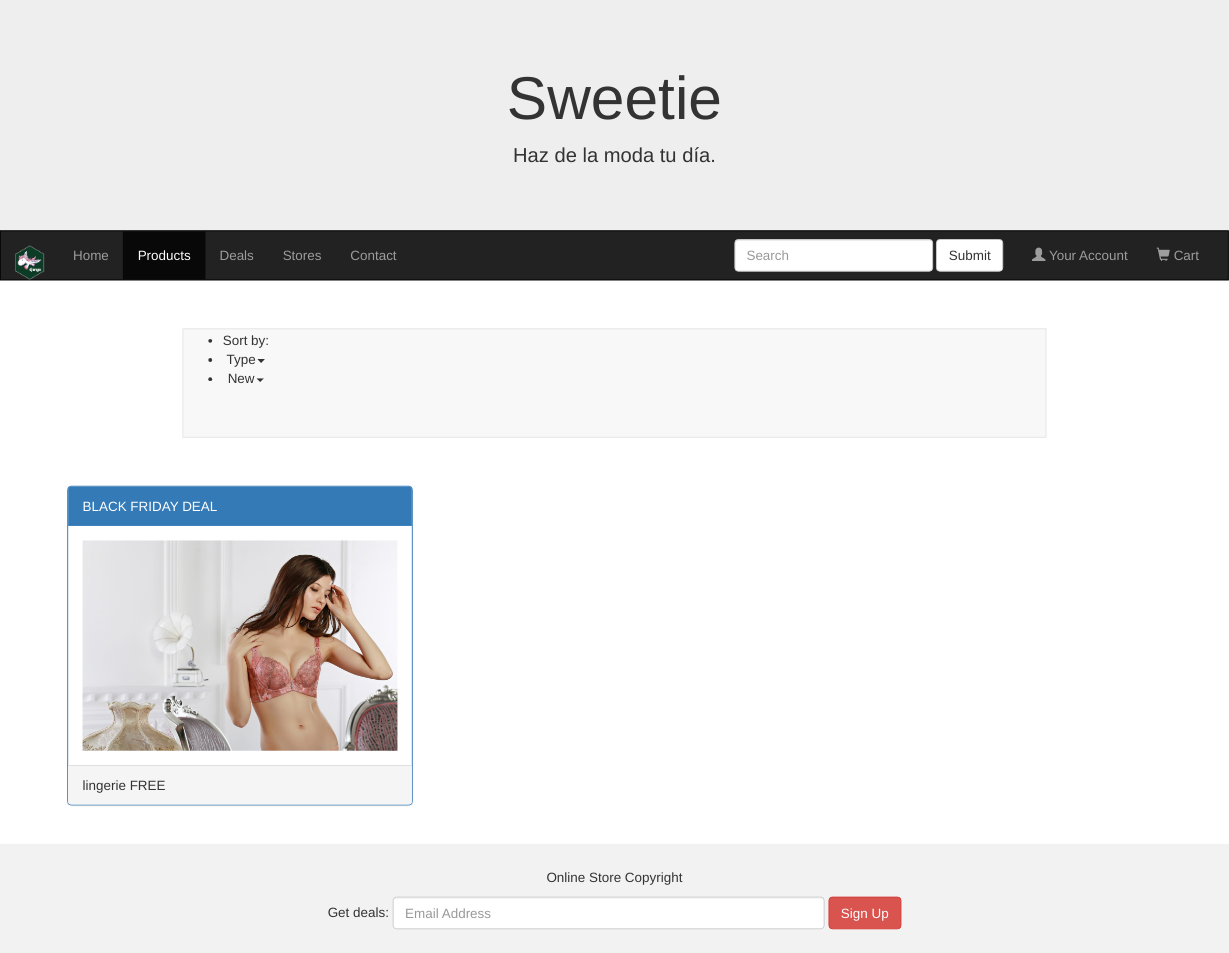
Repository: MrOverfl0w/Clothe_Catalog
Page: http://localhost/products
The author's editor kept a record of every edit. The page is drawn from the files as they stood at one moment, then again after the next edit.
The browser window is 1280 px wide. The pictures show the whole page, at 96% of full size.
The page is served by the project's application, run on Django 2.2 (manage.py). Other server files are loaded and not shown.

Above is the page before.

### Principal/views.py
from django.shortcuts import render

# Create your views here.

def home(request):
    return render(request, 'home.html')

def contact(request):
    return render(request, 'contact.html')

def item(request):
    return render(request, 'item.html')

def products(request):
    return render(request, 'products.html')

### Templates/products.html
<!DOCTYPE html>
<html lang="en">
<head>
  <title>Sweetie WebStore</title>
  <meta charset="utf-8">
  <meta name="viewport" content="width=device-width, initial-scale=1">
  <link rel="stylesheet" href="https://maxcdn.bootstrapcdn.com/bootstrap/3.3.7/css/bootstrap.min.css">
  <script src="https://ajax.googleapis.com/ajax/libs/jquery/3.3.1/jquery.min.js"></script>
  <script src="https://maxcdn.bootstrapcdn.com/bootstrap/3.3.7/js/bootstrap.min.js"></script>
  <style>
    /* Remove the navbar's default rounded borders and increase the bottom margin */
    .navbar {
      margin-bottom: 50px;
      border-radius: 0;
    }

    /* Remove the jumbotron's default bottom margin */
     .jumbotron {
      margin-bottom: 0;
    }

    /* Add a gray background color and some padding to the footer */
    footer {
      background-color: #f2f2f2;
      padding: 25px;
    }
  </style>
</head>
<body>

<div class="jumbotron">
  <div class="container text-center">
    <h1>Sweetie</h1>
    <p>Haz de la moda tu día.</p>
  </div>
</div>

<nav class="navbar navbar-inverse">
  <div class="container-fluid">
    <div class="navbar-header">
      <button type="button" class="navbar-toggle" data-toggle="collapse" data-target="#myNavbar">
        <span class="icon-bar"></span>
        <span class="icon-bar"></span>
        <span class="icon-bar"></span>
      </button>
      <a class="navbar-brand" href="#">
        {% load staticfiles %}
        <img src="{% static "tiendaeropa/django-hexbin.png" %}" alt="Logo" width="30pp"/></a>
    </div>
    <div class="collapse navbar-collapse" id="myNavbar">
      <ul class="nav navbar-nav">
        <li><a href="home">Home</a></li>
        <li class="active"><a href="#">Products</a></li>
        <li><a href="#">Deals</a></li>
        <li><a href="#">Stores</a></li>
        <li><a href="contact">Contact</a></li>
      </ul>
      <ul class="nav navbar-nav navbar-right">
        <li><form class="navbar-form navbar-left" role="search">
          <div class="form-group">
            <input type="text" class="form-control" placeholder="Search">
          </div>
          <button type="submit" class="btn btn-default">Submit</button>
        </form></li>
        <li><a href="#"><span class="glyphicon glyphicon-user"></span> Your Account</a></li>
        <li><a href="#"><span class="glyphicon glyphicon-shopping-cart"></span> Cart</a></li>
      </ul>
    </div>
  </div>
</nav>

<div align="center">
<nav class="navbar navbar-default" style="width:900px">
  <ul class="navbar navbar-left">
    <li>Sort by:</li>
    <li>Type<span class="caret"></span></li>
    <li>New<span class="caret"></span></li>
  </ul>
</nav>
</div>

<div class="container">
  <div class="row">
    <div class="col-sm-4">
      <div class="panel panel-primary">
        <div class="panel-heading">BLACK FRIDAY DEAL</div>
        <div class="panel-body"><a href="item?p=1"><img src="/static/tiendaeropa/Picture1.jpg" class="img-responsive" style="width:100%" alt="Image"></a></div>
        <div class="panel-footer">lingerie FREE</div>
      </div>
    </div>
  </div>
</div><br>

<footer class="container-fluid text-center">
  <p>Online Store Copyright</p>
  <form class="form-inline">Get deals:
    <input type="email" class="form-control" size="50" placeholder="Email Address" id="input_email">
    <button type="button" class="btn btn-danger" id="button_email" onclick="saveEmail()">Sign Up</button>
    <!-- AJAX -->
    <script>
    function saveEmail(){
    }
    </script>
  </form>
</footer>

</body>
</html>

### tiendaeropa/urls.py
"""tiendaeropa URL Configuration

The `urlpatterns` list routes URLs to views. For more information please see:
    https://docs.djangoproject.com/en/1.9/topics/http/urls/
Examples:
Function views
    1. Add an import:  from my_app import views
    2. Add a URL to urlpatterns:  url(r'^$', views.home, name='home')
Class-based views
    1. Add an import:  from other_app.views import Home
    2. Add a URL to urlpatterns:  url(r'^$', Home.as_view(), name='home')
Including another URLconf
    1. Add an import:  from blog import urls as blog_urls
    2. Import the include() function: from django.conf.urls import url, include
    3. Add a URL to urlpatterns:  url(r'^blog/', include(blog_urls))
"""
from django.conf.urls import url
from django.contrib import admin
from Principal import views
from django.views.generic import RedirectView

urlpatterns = [
    url(r'^admin/', admin.site.urls),
    url(r'^home', views.home, name='home'),
    url(r'^$', RedirectView.as_view(url='home'), name='home'),
    url(r'^contact', views.contact, name = 'contact'),
    url(r'^item', views.item, name = 'item'),
    url(r'^products', views.products, name = 'products'),
]

After the next edit:
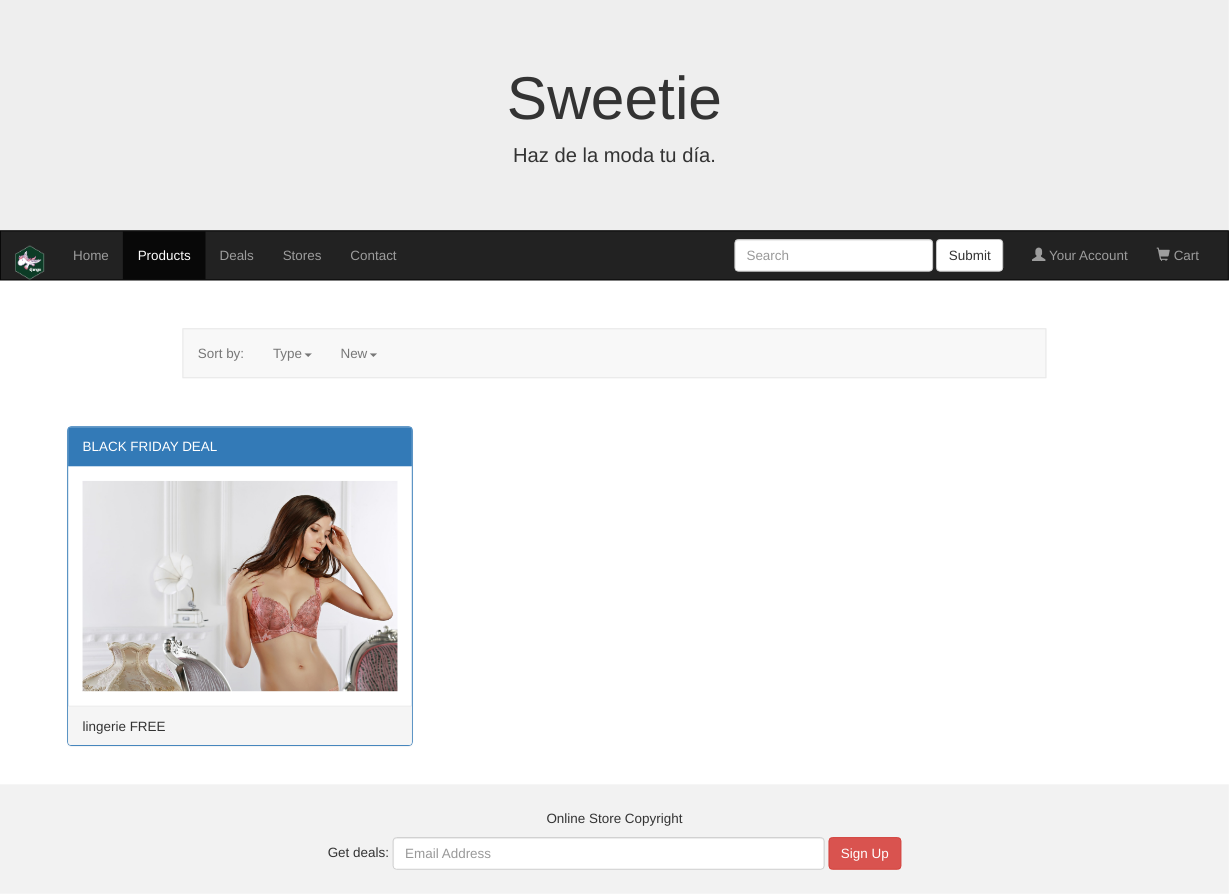
The edit:
--- a/Templates/products.html
+++ b/Templates/products.html
@@ -71,10 +71,10 @@
 
 <div align="center">
 <nav class="navbar navbar-default" style="width:900px">
-  <ul class="navbar navbar-left">
-    <li>Sort by:</li>
-    <li>Type<span class="caret"></span></li>
-    <li>New<span class="caret"></span></li>
+  <ul class="nav navbar-nav">
+    <li><a>Sort by:</a></li>
+    <li><a>Type<span class="caret"></span></a></li>
+    <li><a>New<span class="caret"></span></a></li>
   </ul>
 </nav>
 </div>
